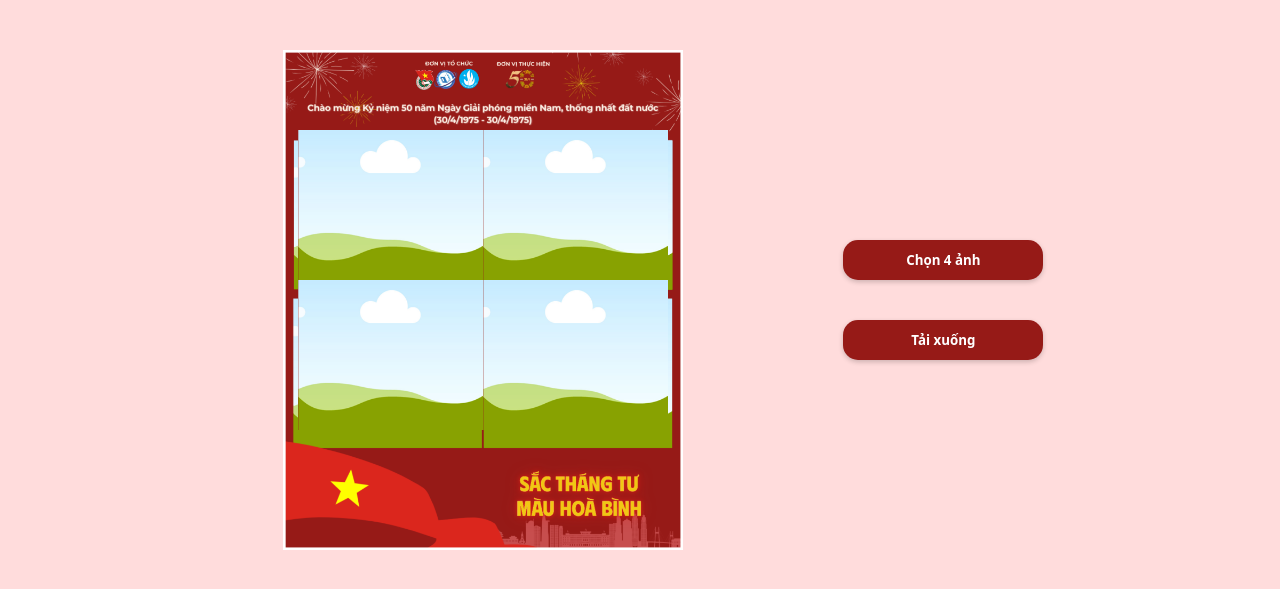
Repository: nguyentambinh/tuoitretdmu
Page: http://localhost/
These files come from the project's save history. The page is drawn as it stood at one moment and after the next save; the edit follows.
The browser window is 1280 px wide. The pictures show the whole page.
The page is run by PHP 8.4 with error messages shown; the project is at /var/www/html/.

Above is the page before, as saved 2025-04-10 14:17:48.
Console error: TypeError: Cannot read properties of null (reading 'addEventListener')

After the next save:
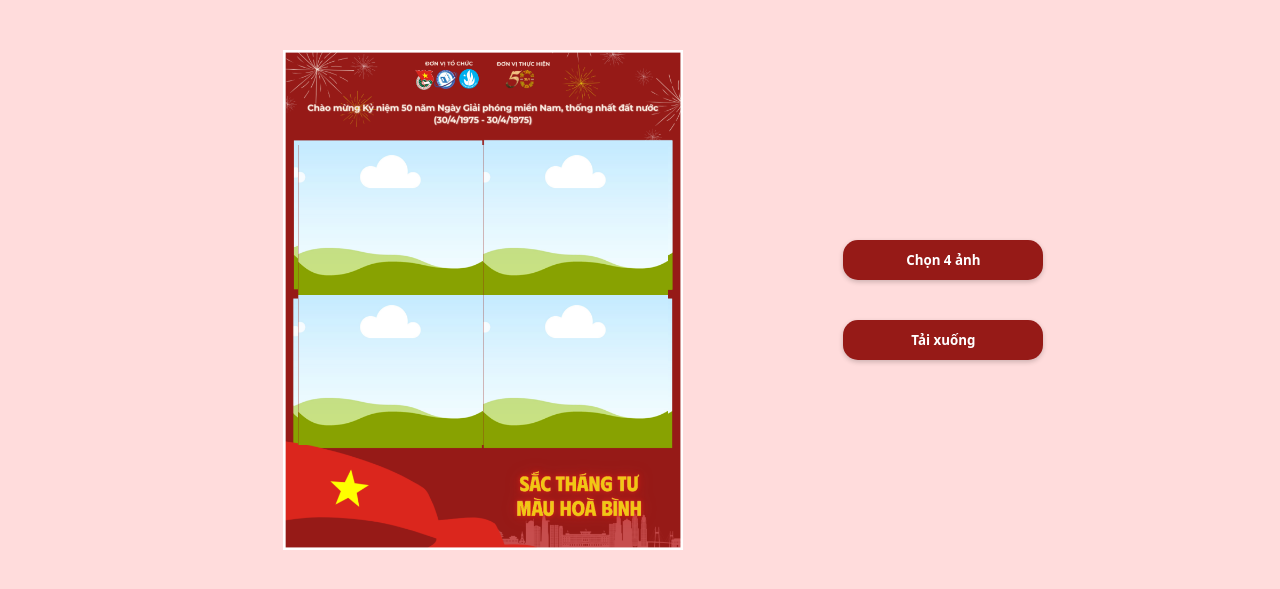
Saved 4 s later.
--- a/main.css
+++ b/main.css
@@ -35,7 +35,7 @@ body {
     grid-template-columns: 1fr 1fr;
     grid-template-rows: 1fr 1fr;
     gap: 0px;
-    margin-top: -40px;
+    margin-top: -10px;
 }
 .control-box {
     display: flex;
